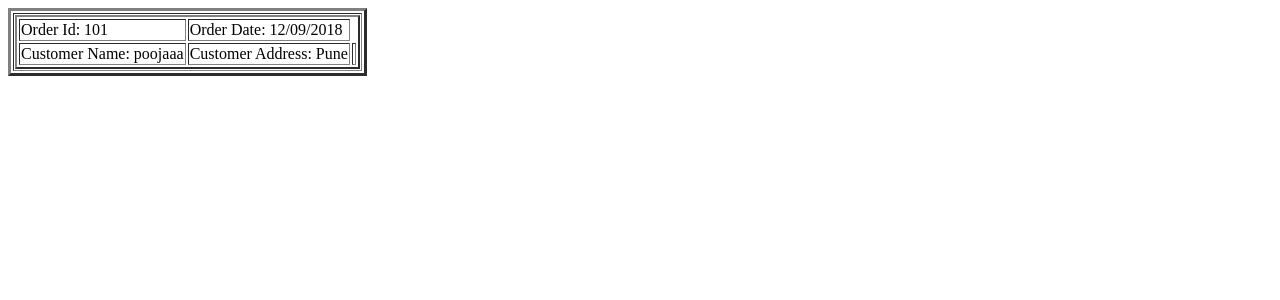
Repository: poojagupta18/Practice-Java
Page: http://localhost/OnlineShopping/getAllOrderByUserName.jsp
An editor plug-in stored every save of this project. The page is shown before and after the next save, followed by the edit.
The browser window is 1280 px wide. The pictures show the whole page.
The page is served by Tomcat 9.

Above is the page before, as saved 2019-11-27 05:33:22.

After the next save:
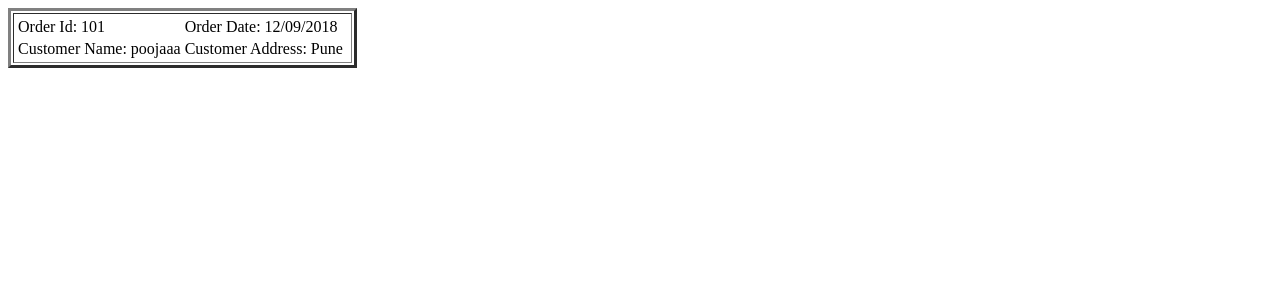
Saved 34 s later.
--- a/java Training/java/OnlineShopping/OnlineShopping/WebContent/getAllOrderByUserName.jsp
+++ b/java Training/java/OnlineShopping/OnlineShopping/WebContent/getAllOrderByUserName.jsp
@@ -13,7 +13,7 @@
 	<table border=3>
 		<tr>
 			<td>
-				<table border=2>
+				<table border=0>
 					<tr>
 						<td>Order Id: 101</td>
 						<td>Order Date: 12/09/2018</td>
